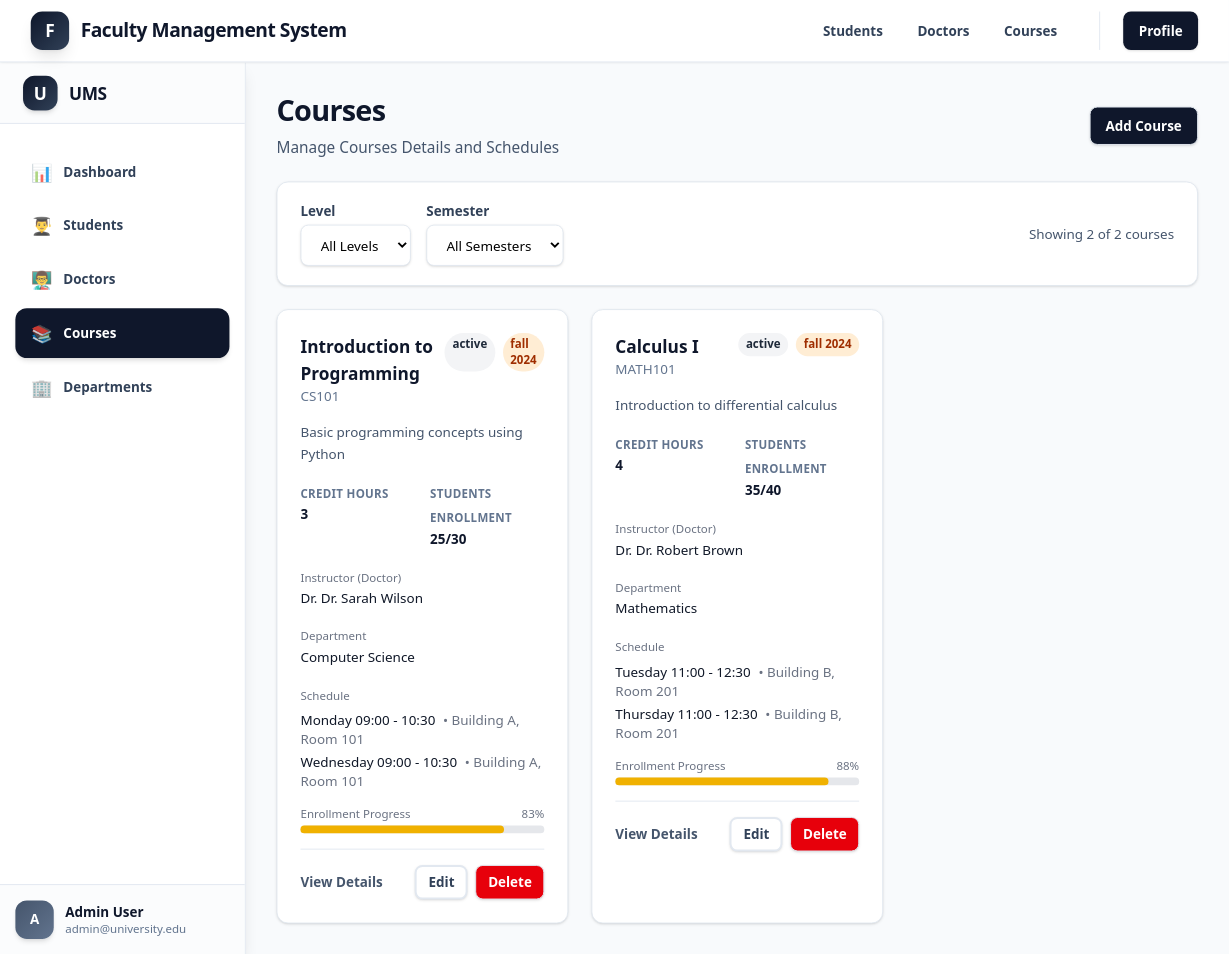
Repository: Mohamedmohsen179/Advanced-DB-Task
Page: /courses (app in frontend/)
An editor plug-in stored every save of this project. The page is shown before and after the next save, followed by the edit.
The browser window is 1280 px wide. The pictures show the whole page, at 96% of full size.
The project was rebuilt for these pictures with package versions that can differ from the ones it lists, and the page was loaded fresh each time. The framework's server and built-in components were replaced by stand-ins that run in the browser. Settings that the repository does not hold, such as keys and server addresses, were given made-up values. Also part of the build but not shown: frontend/next.config.ts.

Above is the page before, as saved 2025-11-28 18:55:05.

After the next save:
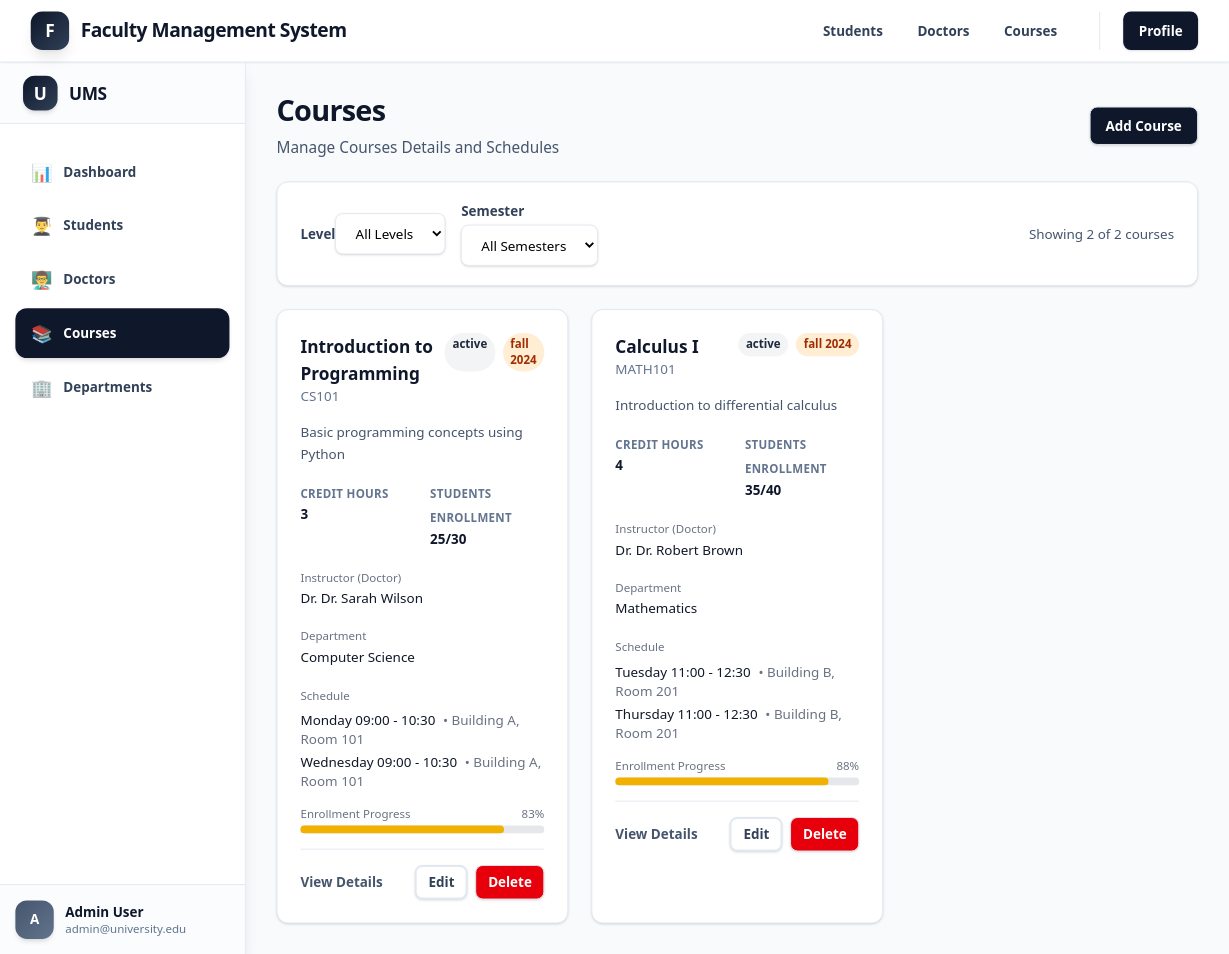
Saved 5 s later.
--- a/frontend/containers/CoursesContainer.tsx
+++ b/frontend/containers/CoursesContainer.tsx
@@ -112,7 +112,7 @@ export default function CoursesContainer() {
         <CardContent>
           <div className="flex flex-wrap gap-4 items-center">
             <div>
-              <label className="block text-red text-sm font-semibold text-slate-700 mb-1">Level</label>
+              <label className="ext-red text-sm font-semibold text-slate-700 mb-1">Level</label>
               <select
                 value={filter}
                 onChange={(e) => setFilter(e.target.value as 'all' | 'Level1' | 'Level2' | 'Level3' | 'Level4')}

After the save that followed:
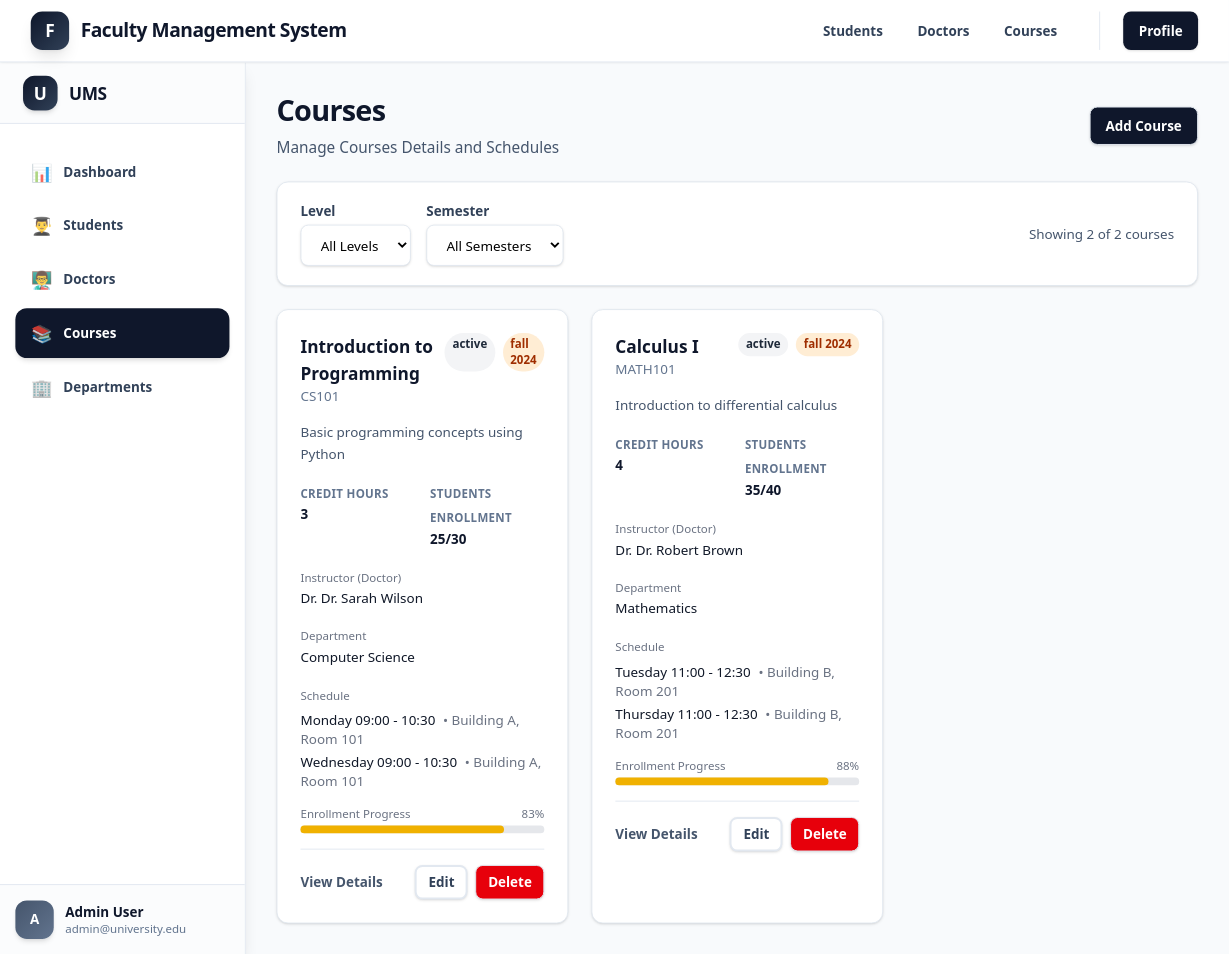
Saved 10 s later.
--- a/frontend/containers/CoursesContainer.tsx
+++ b/frontend/containers/CoursesContainer.tsx
@@ -112,7 +112,7 @@ export default function CoursesContainer() {
         <CardContent>
           <div className="flex flex-wrap gap-4 items-center">
             <div>
-              <label className="ext-red text-sm font-semibold text-slate-700 mb-1">Level</label>
+              <label className="block text-blue text-sm font-semibold text-slate-700 mb-1">Level</label>
               <select
                 value={filter}
                 onChange={(e) => setFilter(e.target.value as 'all' | 'Level1' | 'Level2' | 'Level3' | 'Level4')}
